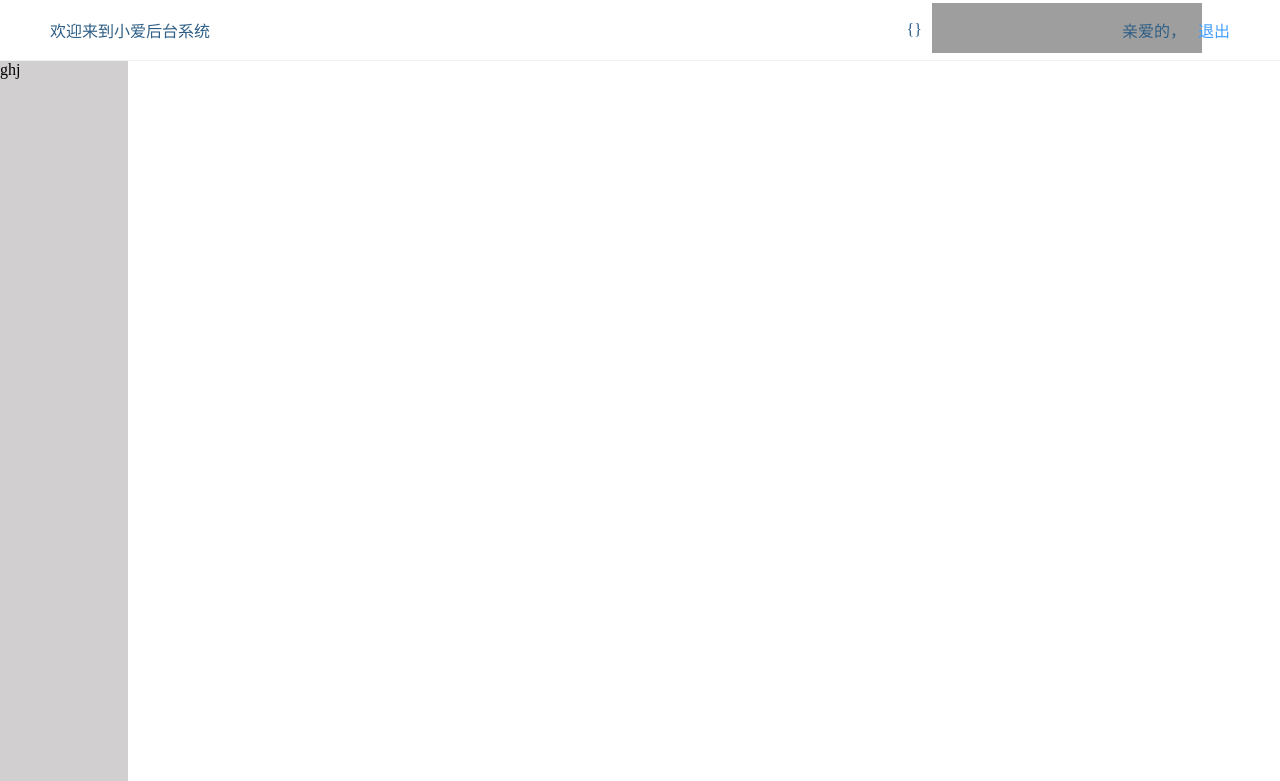
Repository: ZHANG-0714/backstage
Page: /home
These files come from the project's save history. The page is drawn as it stood at one moment and after the next save; the edit follows.
The browser window is 1280 px wide. The pictures show the whole page.
Pictures or frames that could not be fetched are drawn as grey boxes. The project was rebuilt for these pictures with package versions that can differ from the ones it lists, and the page was loaded fresh each time. Also part of the build but not shown: vue.config.js, src/views/Home.vue.

Above is the page before, as saved 2020-08-31 18:06:38.

After the next save:
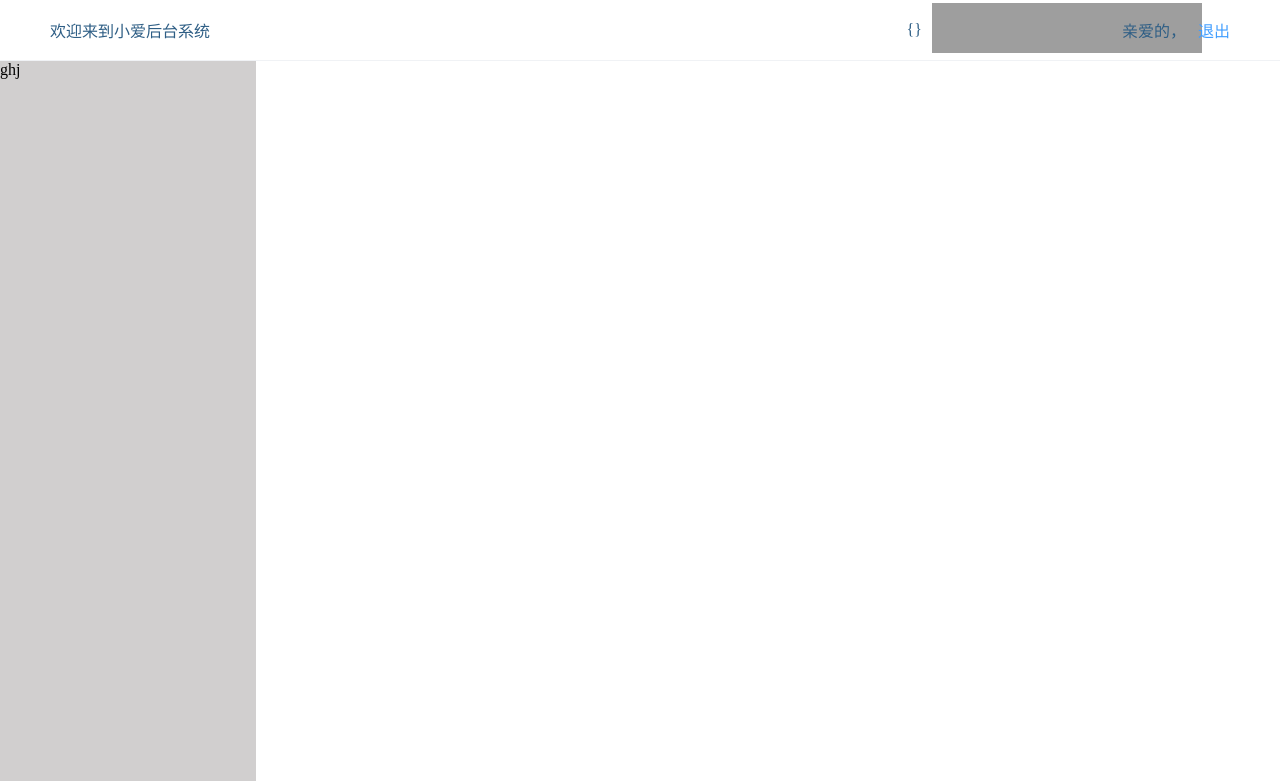
Saved 4 s later.
--- a/src/components/public/Sidebar.vue
+++ b/src/components/public/Sidebar.vue
@@ -20,7 +20,7 @@ export default {
 
 <style scoped lang='scss'>
 .side {
-  width: 10vw;
+  width: 20vw;
   height: 100vh;
   background: rgb(209, 207, 207);
 }
